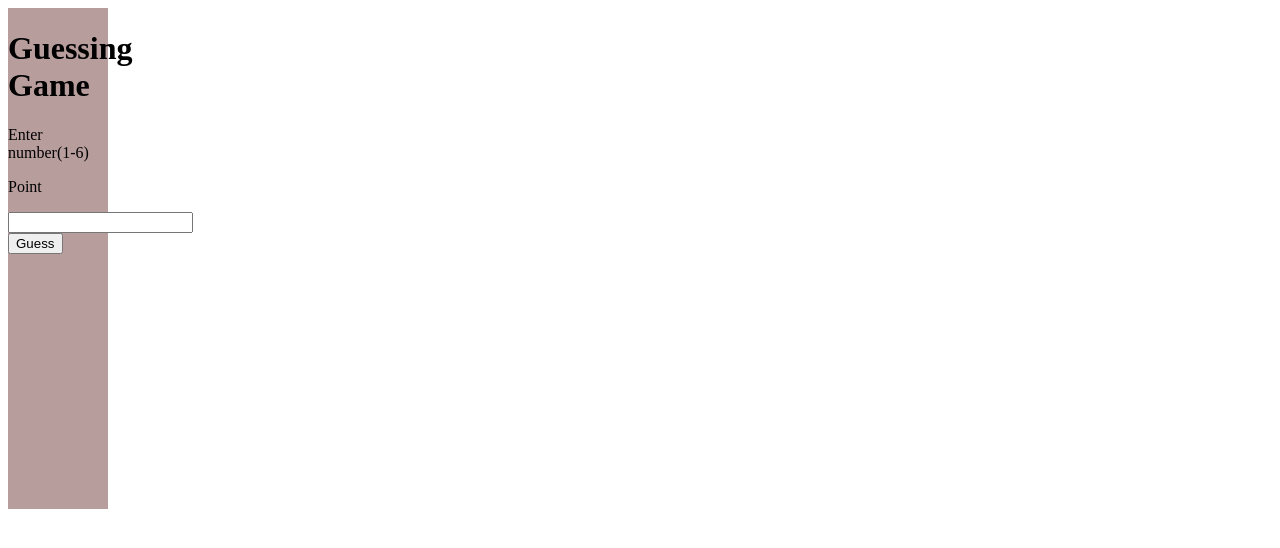
Repository: sedashahnazaryan/Guessing-Game
Page: index.html
The author's editor kept a copy of each file at every save. The page is drawn from the files as they stood at one save, then again after the next save.
The browser window is 1280 px wide. The pictures show the whole page.

Above is the page before, as saved 2022-02-23 19:27:38.

### index.html
<!DOCTYPE html>
<html lang="en">
<head>
    <meta charset="UTF-8">
    <meta http-equiv="X-UA-Compatible" content="IE=edge">
    <meta name="viewport" content="width=device-width, initial-scale=1.0">
    <link rel="stylesheet" href="./index.css">
    <title>Gueess Game</title>
</head>
<body>
    <div class="container">
        <h1 class="Guessing">Guessing Game</h1>
     <p class="enter">Enter number(1-6)</p>
     <p class="p">Point</p>
     <input type="num" id="">
     <button id="button">Guess</button>
     <div class="table" id="show-text"></div>
    </div>
 <script src="./index.js"></script>
</body>
</html>

### index.css
.container{

    background-color: #b89d9d;
    height: 500px;
    width: 100px;
    padding-top:1px;
}

Loaded but not shown: index.js (no copy from this time; the picture is the same without it)

After the next save:
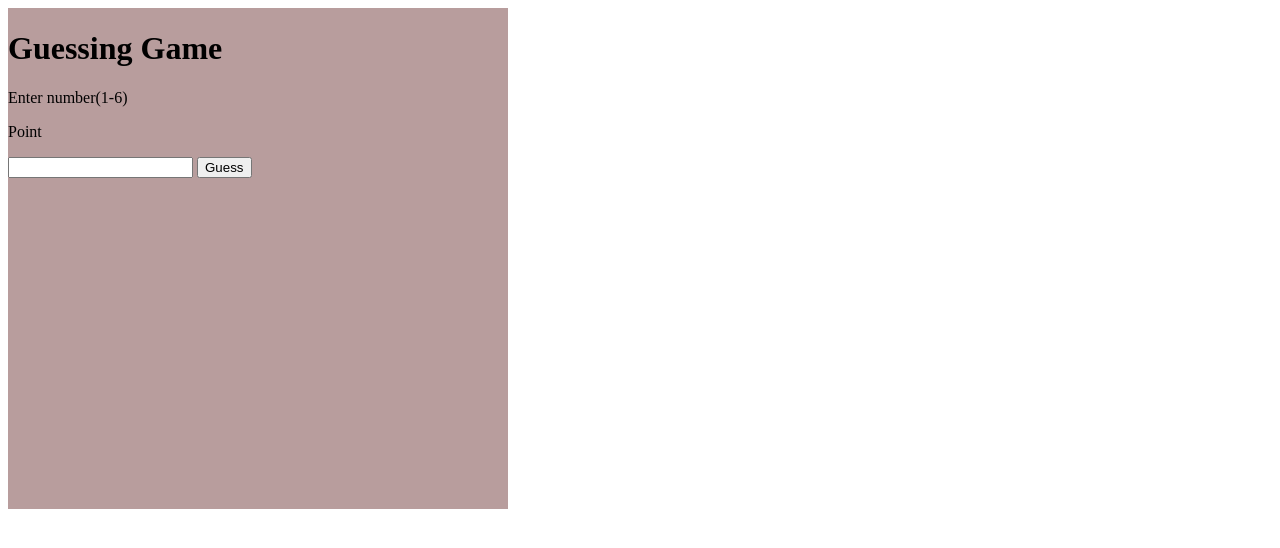
Saved 4 s later.
--- a/index.css
+++ b/index.css
@@ -2,6 +2,6 @@
 
     background-color: #b89d9d;
     height: 500px;
-    width: 100px;
+    width: 500px;
     padding-top:1px;
 }
